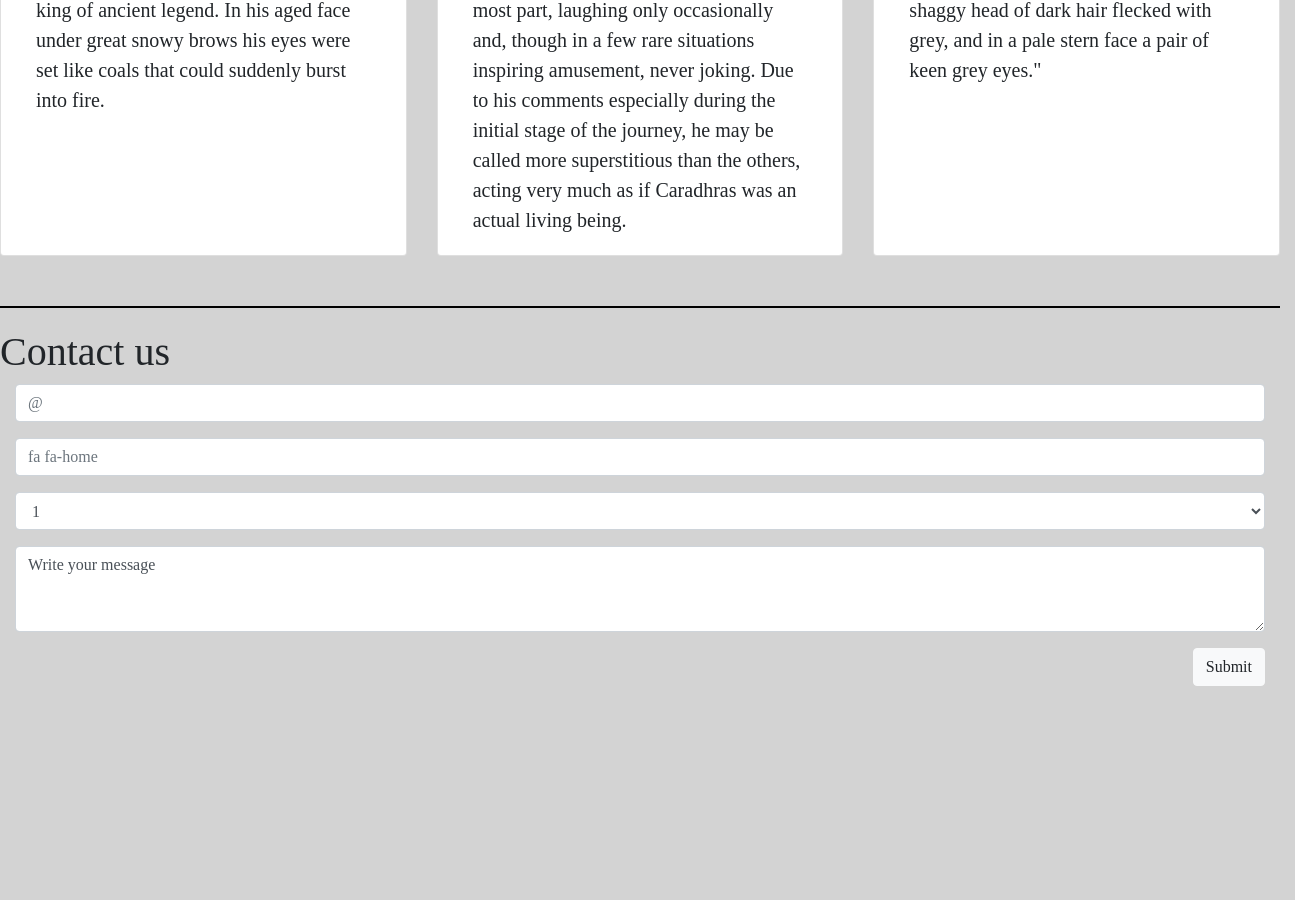
Repository: Khaleddwm/FindThePrecious
Page: index.html
The author's editor kept a copy of each file at every save. The page is drawn from the files as they stood at one save, then again after the next save.
The browser window is 1280 px wide. The page is 1295 px wide, so the pictures cover 1295 px, including what lies to the right of the window. The pictures show the part of the page from y = 1604 to 2528 px (the page is 2504 px tall before and 2528 px after).
Some web fonts or font styles are not loaded; a fallback is used.

Above is the page before, as saved 2020-05-24 22:40:08.

### index.html
<!DOCTYPE html>
<html lang="en">
<head>
    <meta charset="UTF-8">
    <meta name="viewport" content="width=device-width, initial-scale=1.0">
    <title>FindThePrecious</title>
    <link href="https://fonts.googleapis.com/css2?family=Bad+Script&display=swap" rel="stylesheet">
    <!-- CSS only -->
    <link rel="stylesheet" href="https://stackpath.bootstrapcdn.com/bootstrap/4.5.0/css/bootstrap.min.css" integrity="sha384-9aIt2nRpC12Uk9gS9baDl411NQApFmC26EwAOH8WgZl5MYYxFfc+NcPb1dKGj7Sk" crossorigin="anonymous">
    <link rel="stylesheet" href="https://cdnjs.cloudflare.com/ajax/libs/font-awesome/4.7.0/css/font-awesome.min.css">
    <link rel="stylesheet" href="style.css">
    <!-- JS, Popper.js, and jQuery -->
    <script src="https://code.jquery.com/jquery-3.5.1.slim.min.js" integrity="sha384-DfXdz2htPH0lsSSs5nCTpuj/zy4C+OGpamoFVy38MVBnE+IbbVYUew+OrCXaRkfj" crossorigin="anonymous"></script>
    <script src="https://cdn.jsdelivr.net/npm/popper.js@1.16.0/dist/umd/popper.min.js" integrity="sha384-Q6E9RHvbIyZFJoft+2mJbHaEWldlvI9IOYy5n3zV9zzTtmI3UksdQRVvoxMfooAo" crossorigin="anonymous"></script>
    <script src="https://stackpath.bootstrapcdn.com/bootstrap/4.5.0/js/bootstrap.min.js" integrity="sha384-OgVRvuATP1z7JjHLkuOU7Xw704+h835Lr+6QL9UvYjZE3Ipu6Tp75j7Bh/kR0JKI" crossorigin="anonymous"></script>
</head>
<body>
    <nav class="navbar navbar-expand-sm navbar-dark bg-dark">
        <a href"index.html" class="titleNav navbar-brand">FindThePrecious.com</a>
        <button class="navbar-toggler" data-toggle="collapse" data-target="#navbarMenu">
            <span class="navbar-toggler-icon"></span>
        </button>
        <div class="collapse navbar-collapse" id="navbarMenu">
            <ul class="navbar-nav">
                <li class="nav-item">
                    <a href="#" class="nav-link">Fellows</a>
                </li>
                <li>
                    <a href="#" class="nav-link">Contact us</a>
                </li>
            </ul>
        </div>
    </nav>
    <div id="carouselControls" class="carousel slide" data-ride="carousel">
        <div class="carousel-inner">
            <div class="carousel-caption d-none d-block">
                <h1>Dangerous fellowship try to destroy the ring</h1>
                <p>Orcs, Goblins, Balrogs, protect your master Sauron !</p>
            </div>
            <div class="carousel-item active">
                <img class="d-block w-100" src="https://img.phonandroid.com/2018/04/seigneur-des-anneaux.jpg" alt="First slide">
            </div>
            <div class="carousel-item">
                <img class="d-block w-100" src="https://www.journaldugeek.com/content/uploads/2019/07/lord-of-the-rings-gollum-new-lotr-stealth-game-coming-2021-from-daedalic-entertainment-767717.jpg" alt="Second slide">
            </div>
            <div class="carousel-item">
                <img class="d-block w-100" src="https://vignette.wikia.nocookie.net/lotr/images/1/15/Gothmog_the_lord_of_balrogs_by_atohas-d8hf6ru.jpg/revision/latest?cb=20180410213854" alt="Third slide">
            </div>
        </div>
        <a class="carousel-control-prev" href="#carouselControls" role="button" data-slide="prev">
            <span class="carousel-control-prev-icon" aria-hidden="true"></span>
            <span class="sr-only">Previous</span>
        </a>
        <a class="carousel-control-next" href="#carouselControls" role="button" data-slide="next">
            <span class="carousel-control-next-icon" aria-hidden="true"></span>
            <span class="sr-only">Next</span>
        </a>
    </div>
    <div class="wanted">
        <div class="wanted-title">
            <h1>Fellows wanted dead (or alive if you want to eat them later)</h1>
        </div>
        <div class="card-deck">
            <div class="card col-xs-12 col-md-4">
                <img src="https://kr4v3n.github.io/Sauron/img/gandalf.png" class="card-img-top" alt="Gandalf">
                <div class="living card-img-overlay">
                    <h2>Reward 1000 gold coins</h2>
                </div>
                <div class="card-body">
                    <h2 class="card-title">Gandalf</h2>
                    <p class="card-text">
                        Gandalf was shorter in stature than the other two; but his long white hair,
                        his sweeping silver beard, and his broad shoulders, made him look like some wise king of ancient legend.
                        In his aged face under great snowy brows his eyes were set like coals that could suddenly burst into fire.
                    </p>
                </div>
            </div>
            <div class="card col-xs-12 col-md-4">
                <img src="https://kr4v3n.github.io/Sauron/img/gimli.png" class="card-img-top" alt="Gimli">
                <div class="dead card-img-overlay">
                    <h2>DEAD</h2>
                </div>
                <div class="card-body">
                    <h2 class="card-title">Gimli</h2>
                    <p class="card-text">
                        Gimli throughout the War showed perhaps the greatest open contempt for Sauron and his minions, save possibly Boromir.
                        He was a grim character, for the most part, laughing only occasionally and, though in a few rare situations inspiring amusement,
                        never joking. Due to his comments especially during the initial stage of the journey, he may be called more superstitious than the others,
                        acting very much as if Caradhras was an actual living being.
                    </p>
                </div>
            </div>
            <div class="card col-xs-12 col-md-4">
                <img src="https://kr4v3n.github.io/Sauron/img/aragorn.png" class="card-img-top" alt="Aragorn">
                <div class="living card-img-overlay">
                    <h2>Reward 250 gold coins</h2>
                </div>
                <div class="card-body">
                    <h2 class="card-title">Aragorn</h2>
                    <p class="card-text">
                        An artist's conception of Aragorn at The Prancing Pony Tolkien gives
                        a brief but detailed description of him in The Lord of the Rings: lean, dark, tall, with
                        "a shaggy head of dark hair flecked with grey, and in a pale stern face a pair of keen grey eyes."
                    </p>
                </div>
            </div>
        </div>
    </div>
    <div class="form">
        <h1>Contact us</h1>
        <form class="container-fluid">
            <div class="form-group">
                <input type="email" class="form-control" id="email" placeholder="@">
            </div>
            <div class="form-group">
                <input type="email" class="form-control" id="email" placeholder="fa fa-home">
            </div>
            <div class="form-group">
                <select class="form-control" id="select">
                    <option>1</option>
                    <option>2</option>
                    <option>3</option>
                    <option>4</option>
                    <option>5</option>
                </select>
            </div>
            <div class="form-group">
                <textarea class="form-control" id="textarea" rows="3">Write your message</textarea>
            </div>
            <div class="form-group">
                <input type="submit" class="btn btn-light" id="submit" value="Submit">
            </div>
        </form>
    </div>
</body>
</html>

### style.css
body {
    font-family: 'Bad Script', cursive;
    background-color: lightgrey;
    margin-bottom: 100px;
}

#navbarMenu, .titleNav {
    font-size: 30px;
}

.navbar {
    overflow: hidden;
    position: fixed; /* Set the navbar to fixed position */
    top: 0; /* Position the navbar at the top of the page */
    width: 100%; /* Full width */
    z-index: 1000;
}

/* Change background on mouse-over */
#navbarMenu a:hover {
    background: lightgray;
    color: black;
}

#carouselControls {
    margin-top: 60px;
}

p {
    font-size: 20px;
}

img {
    width: auto;
    height: 600px;
}

.wanted-title {
    text-align: center;
    margin: 50px;
}
/* hover for living */
.living h2 {
    background-color: lightgray;
}

.living {
    opacity: 0;
}

.living:hover {
    opacity: 1;
    text-align: center;
}

/* hover for dead */
.dead {
    opacity: 0;
}

.dead:hover {
    opacity: 1;
    text-align: center;
    background-color: lightgray;
}

#submit {
    float: right;
}

.form {
    margin-top: 50px;
    border-top: 2px solid black;
}

.form h1 {
    margin-top: 20px;
}

After the next save:
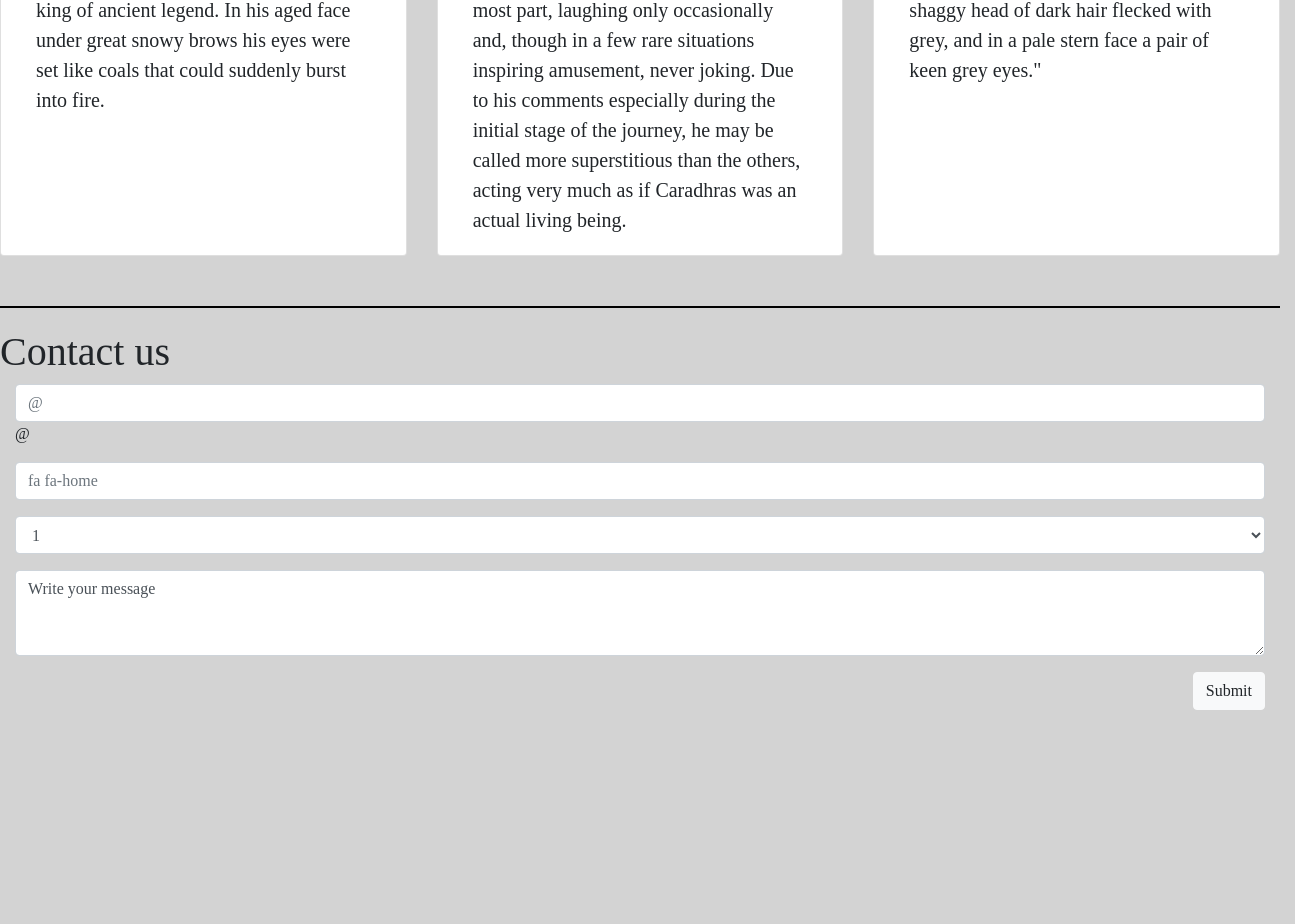
Saved 17 min 45 s later.
--- a/index.html
+++ b/index.html
@@ -110,7 +110,7 @@
         <h1>Contact us</h1>
         <form class="container-fluid">
             <div class="form-group">
-                <input type="email" class="form-control" id="email" placeholder="@">
+                <input type="email" class="form-control" id="email" placeholder="@">@</input>
             </div>
             <div class="form-group">
                 <input type="email" class="form-control" id="email" placeholder="fa fa-home">

After the save that followed:
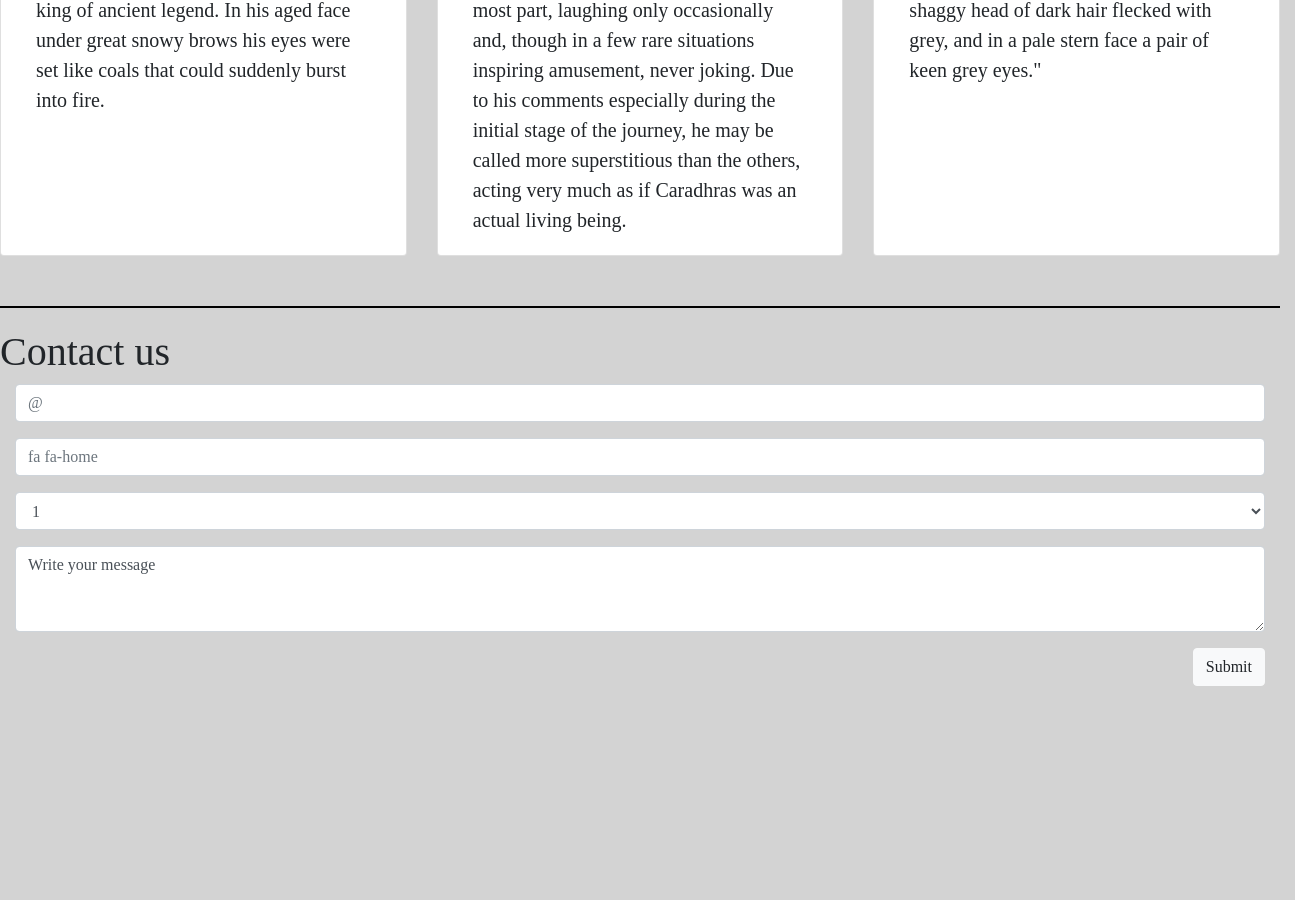
Saved 27 s later.
--- a/index.html
+++ b/index.html
@@ -110,7 +110,7 @@
         <h1>Contact us</h1>
         <form class="container-fluid">
             <div class="form-group">
-                <input type="email" class="form-control" id="email" placeholder="@">@</input>
+                <input type="email" class="form-control" id="email" placeholder="@">
             </div>
             <div class="form-group">
                 <input type="email" class="form-control" id="email" placeholder="fa fa-home">
